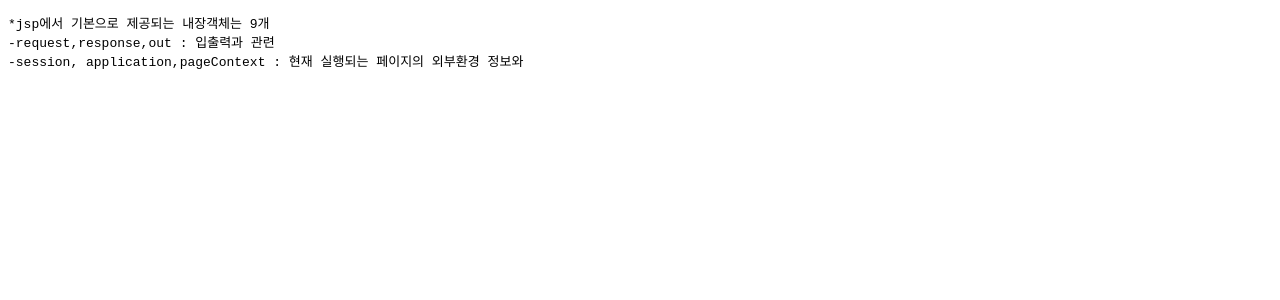
Repository: binkalos/JSP-STUDY
Page: http://localhost/IT-show/memberForm.jsp
These files come from the project's save history. The page is drawn as it stood at one moment and after the next save; the edit follows.
The browser window is 1280 px wide. The pictures show the whole page.
The page is served by Tomcat 9. Other server files are loaded and not shown.

Above is the page before, as saved 2019-06-20 03:05:23.

### IT-show/WebContent/memberForm.jsp
<%@ page language="java" contentType="text/html; charset=UTF-8"
    pageEncoding="UTF-8"%>
<!DOCTYPE html>
<html>
<head>
<meta charset="UTF-8">
<title>Insert title here</title>
</head>
<body>
<pre>
*jsp에서 기본으로 제공되는 내장객체는 9개
-request,response,out : 입출력과 관련
-session, application,pageContext : 현재 실행되는 페이지의 외부환경 정보와
</pre>
</body>
</html>

After the next save:
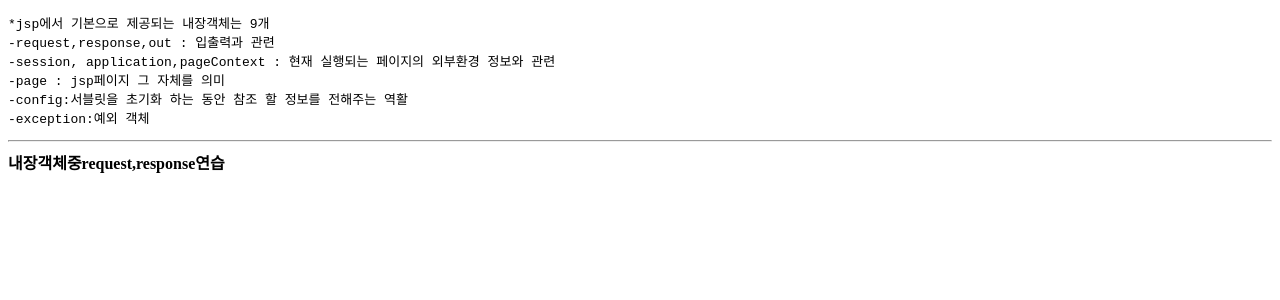
Saved 72 s later.
--- a/IT-show/WebContent/memberForm.jsp
+++ b/IT-show/WebContent/memberForm.jsp
@@ -10,7 +10,12 @@
 <pre>
 *jsp에서 기본으로 제공되는 내장객체는 9개
 -request,response,out : 입출력과 관련
--session, application,pageContext : 현재 실행되는 페이지의 외부환경 정보와
+-session, application,pageContext : 현재 실행되는 페이지의 외부환경 정보와 관련
+-page : jsp페이지 그 자체를 의미
+-config:서블릿을 초기화 하는 동안 참조 할 정보를 전해주는 역활
+-exception:예외 객체
 </pre>
+<hr>
+<b>내장객체중request,response연습</b>
 </body>
 </html>
